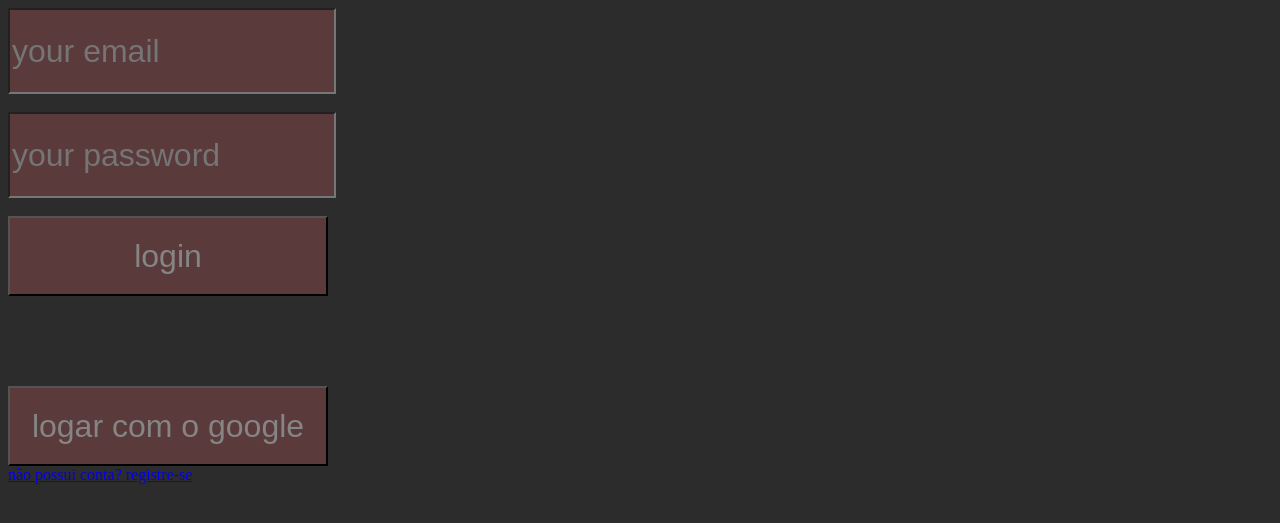
Repository: Vinicius-Borges7/NMLS
Page: frontend/pages/register.html
These files come from the project's save history. The page is drawn as it stood at one moment and after the next save; the edit follows.
The browser window is 1280 px wide. The pictures show the whole page.

Above is the page before, as saved 2023-05-22 14:50:15.

After the next save:
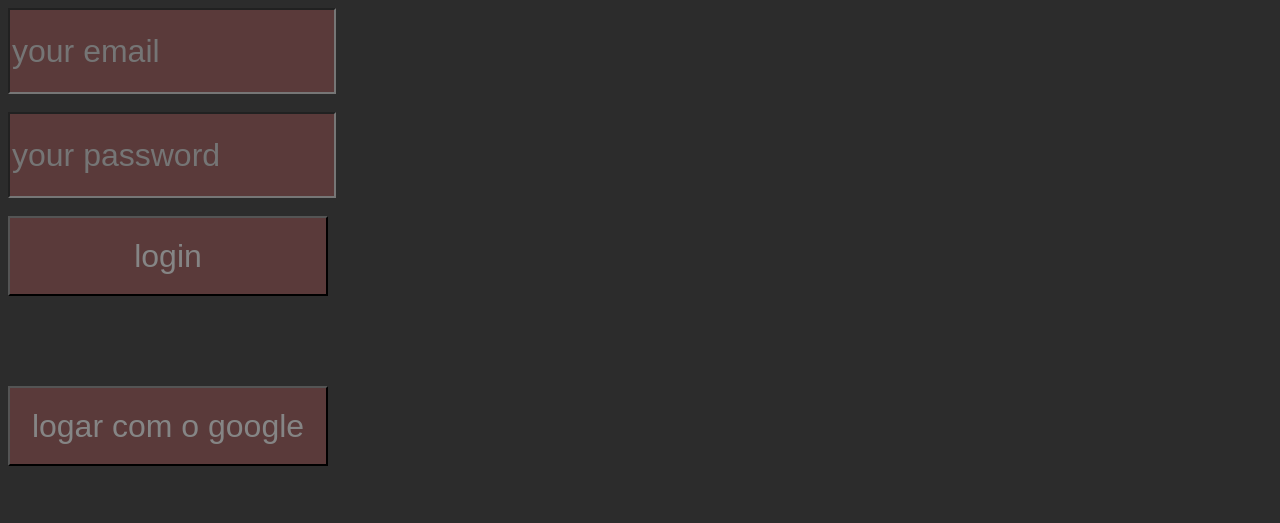
Saved 4 s later.
--- a/frontend/pages/register.html
+++ b/frontend/pages/register.html
@@ -19,8 +19,5 @@
     <section>
         <button>logar com o google</button>
     </section>
-    <section>
-        <a href="file:///C:/Users/if4health/Desktop/LoginSystem/frontend/pages/register.html">não possui conta? registre-se</a>
-    </section>
 </body>
 </html>
